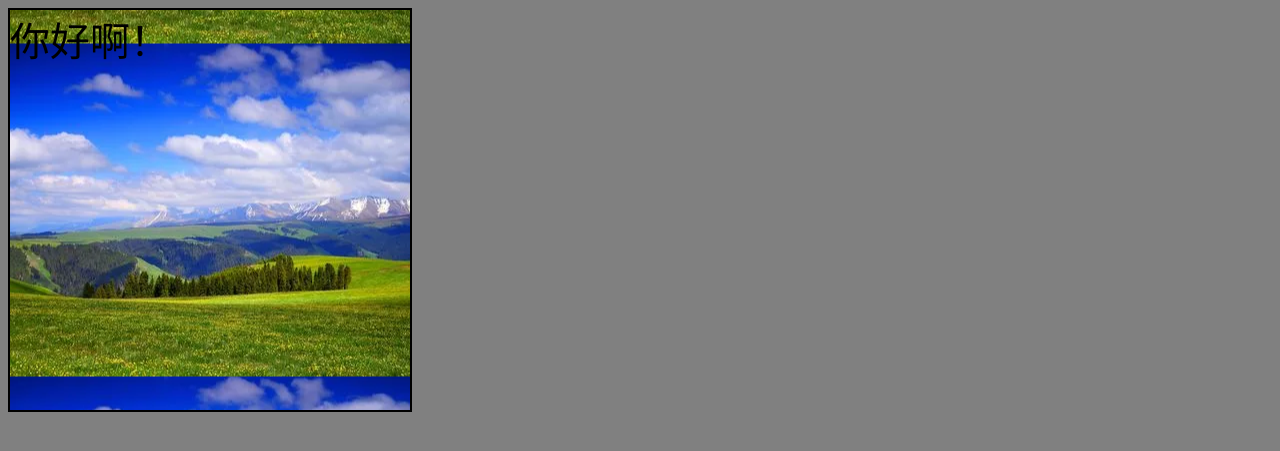
Repository: 123648923/html5-css3
Page: css/13 背景属性/背景属性.html
An editor plug-in stored every save of this project. The page is shown before and after the next save, followed by the edit.
The browser window is 1280 px wide. The pictures show the whole page.

Above is the page before, as saved 2023-11-06 16:36:38.

After the next save:
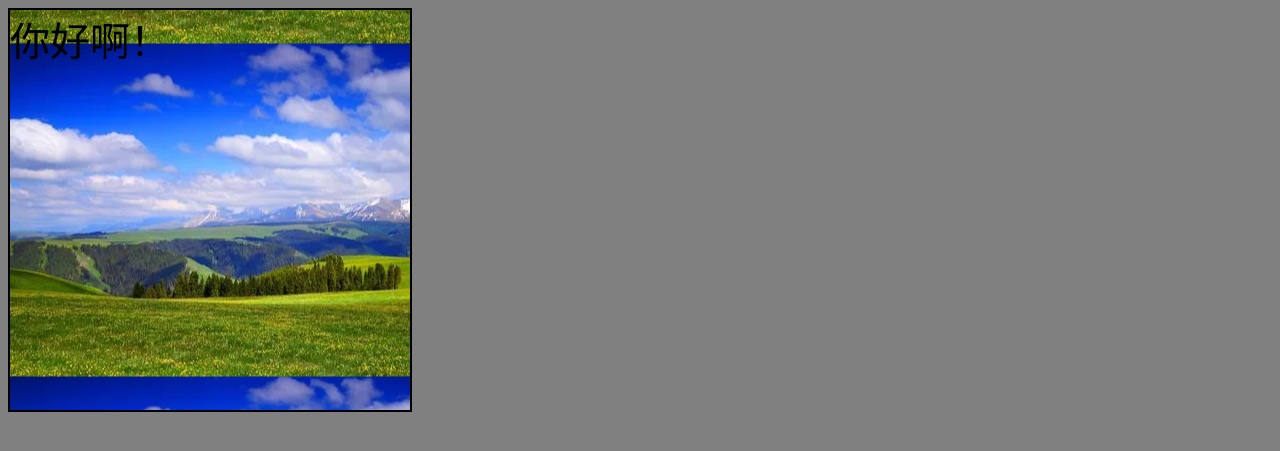
Saved 9 s later.
--- a/css/13 背景属性/背景属性.html
+++ b/css/13 背景属性/背景属性.html
@@ -21,7 +21,7 @@
             /* 设置背景图片的重复方式 */
             background-repeat: repeat-y;
             /* 可以控制背景图片的位置 */
-            background-position: center;
+            background-position: left;
         }
     </style>
 </head>
